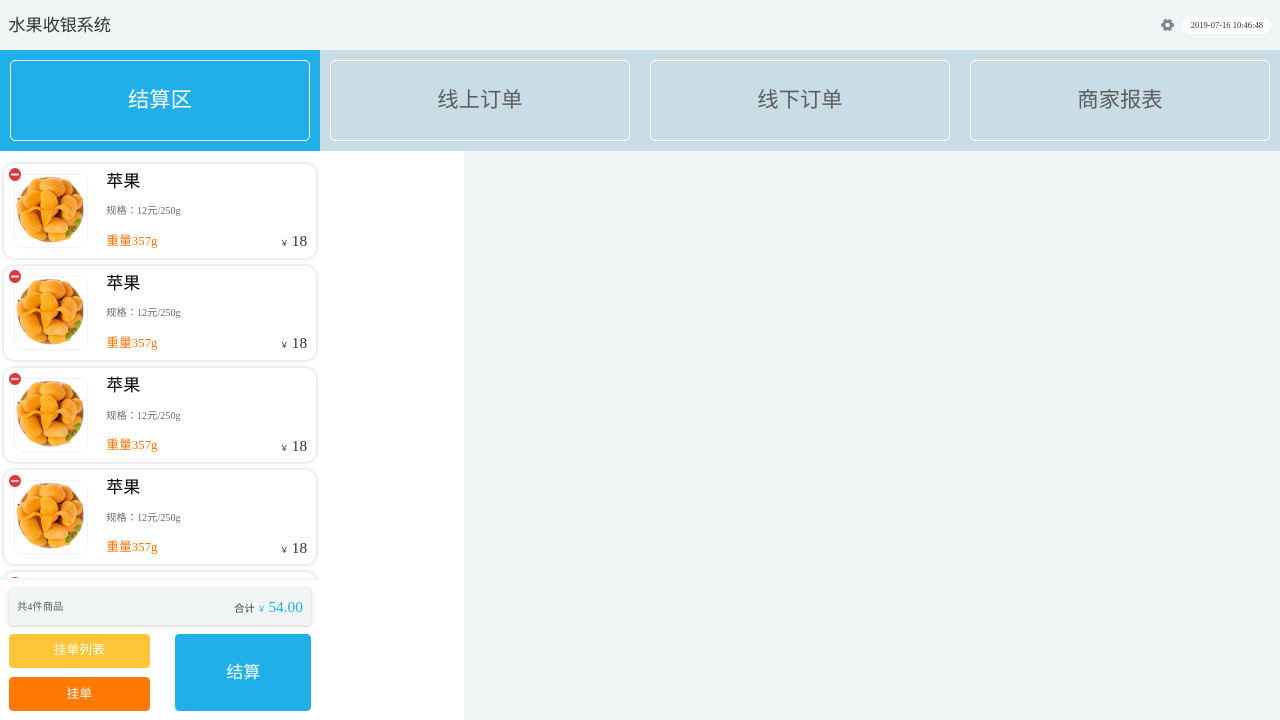
Repository: missing-star/fruit
Page: index.html
These files come from the project's save history. The page is drawn as it stood at one moment and after the next save; the edit follows.
The browser window is 1280 px wide. The pictures show the whole page.
The page's requests for data from a server got no answer. An inner scrolling area shows only its first screen.

Above is the page before, as saved 2019-07-16 11:52:49.

### index.html
<!DOCTYPE html>
<html lang="en">

<head>
    <meta charset="UTF-8">
    <meta name="viewport" content="width=device-width, initial-scale=1.0">
    <meta http-equiv="X-UA-Compatible" content="ie=edge">
    <title>水果收银系统</title>
    <link rel="stylesheet" href="./css/index.css">
</head>

<body>
    <div id="app" v-cloak>
        <header class="title-bar">
            <p class="title">水果收银系统</p>
            <div class="right-part-show">
                <img @click="showDialog(4)" src="./images/setting.png" alt="设置" class="setting-icon">
                <p class="show-current-time">{{currentTime}}</p>
            </div>
        </header>
        <ul class="category-tab">
            <li class="category-item" :class="{active:currentIndex == 0}" @click="switchTab(0)">
                <p class="category-title">结算区</p>
            </li>
            <li class="category-item" :class="{active:currentIndex == 1}" @click="switchTab(1)">
                <p class="category-title">线上订单</p>
            </li>
            <li class="category-item" :class="{active:currentIndex == 2}" @click="switchTab(2)">
                <p class="category-title">线下订单</p>
            </li>
            <li class="category-item" :class="{active:currentIndex == 3}" @click="switchTab(3)">
                <p class="category-title">商家报表</p>
            </li>
        </ul>
        <!-- 结算区 -->
        <div v-show="currentIndex == 0" class="main-content">
            <div class="operation-wrapper">
                <ul class="goods-list-wrapper">
                    <li v-for="n in 10" class="goods-item">
                        <div class="goods-pic-wrapper">
                            <span class="delete-icon pointer"></span>
                            <img src="./images/goods.png" class="goods-pic">
                        </div>
                        <div class="goods-detail">
                            <p class="goods-title">苹果</p>
                            <p class="goods-spec">规格：12元/250g</p>
                            <p class="goods-money">
                                <span class="goods-weight">重量357g</span>
                                <span class="goods-price">
                                    <i class="money-icon black">￥</i>
                                    <i class="money-number black">18</i>
                                </span>
                            </p>
                        </div>
                    </li>
                </ul>
                <div class="calculator-scope">
                    <div class="show-total-money">
                        <p class="total-title">共4件商品</p>
                        <p class="total-money">
                            <span class="money-title">合计</span>
                            <span class="show-money">
                                <i class="money-icon blue">￥</i>
                                <i class="money-number blue">54.00</i>
                            </span>
                        </p>
                    </div>
                    <div class="operation-group">
                        <div class="left-part">
                            <button @click="showDialog(0)" class="order-list pointer">挂单列表</button>
                            <button class="go-order pointer">挂单</button>
                        </div>
                        <button @click="showDialog(1)" class="right-part pointer">
                            结算
                        </button>
                    </div>
                </div>
            </div>
            <div class="goods-choice-wrapper">
                <ul class="goods-category-wrapper">
                    <li @click="switchSubTab(item.categoryCode)" :class="{active:subCurrentIndex == item.categoryCode}" :key="item.categoryCode" v-for="item in categoryList"
                        class="goods-category-item pointer">
                        {{item.categoryName}}
                    </li>
                </ul>
                <ul class="goods-choice-list">
                    <li :key="item.id" v-for="item in goodsList" class="goods-choice-item">
                        <img :src="item.productPic1" class="goods-show-pic">
                        <p class="goods-desc">
                            <span class="goods-name">{{item.productName}}</span>
                            <span class="price-weight">{{item.productPrice}}元 / 250g</span>
                        </p>
                    </li>
                </ul>
            </div>
        </div>
        <!-- 线上订单 -->
        <div v-show="currentIndex == 1" class="main-content">
            <div class="operation-wrapper">
                <ul class="tab-wrapper">
                    <li @click="switchOnlineTab(0)" :class="{active:onlineCurrentIndex == 0}" class="tab-item pointer">
                        未接单</li>
                    <li @click="switchOnlineTab(1)" :class="{active:onlineCurrentIndex == 1}" class="tab-item pointer">
                        已接单</li>
                </ul>
                <div class="order-list-wrapper">
                    <ul v-show="onlineCurrentIndex == 0" class="accept-wrapper">
                        <li @click="getOrderDetail(0,n)" v-for="n in 20" class="order-item pointer"
                            :class="{active:currentOrder == n && onlineCurrentIndex == 0}">
                            <img src="./images/goods.png" class="order-goods-pic">
                            <div class="order-detail">
                                <p class="order-number">单号：12365425</p>
                                <p class="order-date">2019-05-22 12:22:22</p>
                            </div>
                            <button class="post-way self">自取</button>
                        </li>
                    </ul>
                    <ul v-show="onlineCurrentIndex == 1" class="accept-wrapper">
                        <li @click="getOrderDetail(1,n)" v-for="n in 20" class="order-item pointer"
                            :class="{active:currentOrder == n && onlineCurrentIndex == 1}">
                            <img src="./images/goods.png" class="order-goods-pic">
                            <div class="order-detail">
                                <p class="order-number">单号：12365425</p>
                                <p class="order-date">2019-05-22 12:22:22</p>
                            </div>
                            <button class="post-way post">自取</button>
                        </li>
                    </ul>
                </div>
            </div>
            <div class="order-detail-wrapper">
                <!-- 倒三角 -->
                <div class="triangle"></div>
                <div class="user-info">
                    <div class="user-address info-part">
                        <img src="./images/location.png" class="location">
                        <div class="address-detail">
                            <p class="address">江苏省南京市江宁区泥塘小区2栋1306室</p>
                            <p class="user-detail">张三 13526987415</p>
                        </div>
                    </div>
                    <div class="user-comment info-part">
                        <p class="comment-title">备注</p>
                        <p class="user-detail">多放水果</p>
                    </div>
                </div>
                <ul class="order-detail-goods-list-wrapper">
                    <li v-for="n in 30" class="order-detail-goods-item">
                        <img src="./images/goods.png" class="order-detail-goods-pic">
                        <div class="order-detail-goods-detail">
                            <p class="title">小泰芒500g</p>
                            <p class="number-money">
                                <span class="goods-num">× 1</span>
                                <span class="goods-price">
                                    <i class="money-icon black">￥</i>
                                    <i class="money-number black">18</i>
                                </span>
                            </p>
                        </div>
                    </li>
                </ul>
                <div class="ticket-print-wrapper">
                    <div class="is-in-shop">
                        <div class="checkbox-wrapper">
                            <div class="checkbox-inner"></div>
                        </div>
                        <span class="check-titl">到店自取</span>
                    </div>
                    <div class="right-calculator">
                        <p class="calculator-title">合计</p>
                        <span class="goods-price">
                            <i class="money-icon blue">￥</i>
                            <i class="money-number blue">18</i>
                        </span>
                        <button class="print-action pointer" @click="printTick">打印小票</button>
                    </div>
                </div>
            </div>
        </div>
        <!-- 线下订单 -->
        <div v-show="currentIndex == 2" class="main-content">
            <div class="operation-wrapper">
                <ul class="tab-wrapper">
                    <li @click="switchOfflineTab(0)" :class="{active:offlineCurrentIndex == 0}" class="tab-item pointer">
                        未支付</li>
                    <li @click="switchOfflineTab(1)" :class="{active:offlineCurrentIndex == 1}" class="tab-item pointer">
                        已支付</li>
                </ul>
                <div class="order-list-wrapper">
                    <ul v-show="offlineCurrentIndex == 0" class="accept-wrapper">
                        <li @click="getOrderDetailOffline(0,n)" v-for="n in 20" class="order-item pointer"
                            :class="{active:currentOrderOffline == n && offlineCurrentIndex == 0}">
                            <img src="./images/goods.png" class="order-goods-pic">
                            <div class="order-detail">
                                <p class="order-number">单号：12365425</p>
                                <p class="order-date">2019-05-22 12:22:22</p>
                            </div>
                            <button class="post-way self">自取</button>
                        </li>
                    </ul>
                    <ul v-show="offlineCurrentIndex == 1" class="accept-wrapper">
                        <li @click="getOrderDetailOffline(1,n)" v-for="n in 20" class="order-item pointer"
                            :class="{active:currentOrderOffline == n && offlineCurrentIndex == 1}">
                            <img src="./images/goods.png" class="order-goods-pic">
                            <div class="order-detail">
                                <p class="order-number">单号：12365425</p>
                                <p class="order-date">2019-05-22 12:22:22</p>
                            </div>
                            <button class="post-way post">自取</button>
                        </li>
                    </ul>
                </div>
            </div>
            <div class="order-detail-wrapper">
                <!-- 倒三角 -->
                <div class="triangle"></div>
                <ul class="order-detail-goods-list-wrapper offline">
                    <li v-for="n in 30" class="order-detail-goods-item">
                        <img src="./images/goods.png" class="order-detail-goods-pic">
                        <div class="order-detail-goods-detail">
                            <p class="title">小泰芒500g</p>
                            <p class="number-money">
                                <span class="goods-num">× 1</span>
                                <span class="goods-price">
                                    <i class="money-icon black">￥</i>
                                    <i class="money-number black">18</i>
                                </span>
                            </p>
                        </div>
                    </li>
                </ul>
                <div class="ticket-print-wrapper offline">
                    <div class="right-calculator">
                        <p class="calculator-title">实付</p>
                        <span class="goods-price">
                            <i class="money-icon blue">￥</i>
                            <i class="money-number blue">18</i>
                        </span>
                        <button @click="showDialog(2)" class="print-action pointer">查看付款码</button>
                    </div>
                </div>
            </div>
        </div>
        <div v-show="currentIndex == 3" class="main-content">

        </div>
        <!-- dialog -->
        <div class="dialog-wrapper" :class="{active:isShowDialog}">
            <div class="dialog-mask"></div>
            <div class="dialog-main-content" :class="{active:isShowDialog,medium:dialogIndex == 3 || dialogIndex == 4}">
                <div class="dialog-title-wrapper">
                    <p class="dialog-title">{{dialogTitle}}</p>
                    <button @click="closeDialog" class="dialog-close pointer">×</button>
                </div>
                <!-- 挂单 -->
                <div v-show="dialogIndex == 0" class="order-list-wrapper dialog">
                    <div class="order-list-left">
                        <p class="order-list-title">挂单列表</p>
                        <ul class="order-list">
                            <li @click="getOrderDetailDialog(n)" v-for="n in 20" class="order-item dialog pointer"
                                :class="{active:currentOrderDialog == n}">
                                <p class="order-number dialog">单号：12365425</p>
                                <p class="order-time dialog">2019-05-13 12:22:22</p>
                            </li>
                        </ul>
                    </div>
                    <div class="order-list-right">
                        <!-- 倒三角 -->
                        <div class="triangle deep"></div>
                        <ul class="order-detail-goods-list-wrapper dialog">
                            <li v-for="n in 30" class="order-detail-goods-item dialog">
                                <img src="./images/goods.png" class="order-detail-goods-pic">
                                <div class="order-detail-goods-detail">
                                    <p class="title">小泰芒500g</p>
                                    <div class="number-money">
                                        <span class="goods-total-weight">重量：1kg</span>
                                        <p class="price-and-weight">
                                            <span class="single-price">
                                                ¥ 13/500g
                                            </span>
                                            <span class="goods-price">
                                                <i class="money-icon black">￥</i>
                                                <i class="money-number black">18</i>
                                            </span>
                                        </p>
                                    </div>
                                </div>
                            </li>
                        </ul>
                        <div class="order-operation">
                            <button class="delete-order pointer nowrap">删除</button>
                            <button @click="showDialog(1)" class="next pointer nowrap">继续</button>
                        </div>
                    </div>
                </div>
                <!-- 结算 -->
                <div v-show="dialogIndex == 1" class="order-list-wrapper dialog">
                    <div class="order-list-left calculator">
                        <div class="order-total-money-wrapper">
                            <p class="total-money-title">订单总额</p>
                            <div class="total-money">30.00</div>
                        </div>
                        <div class="order-info-wrapper">
                            <p class="order-info title">基本信息</p>
                            <div class="order-info wrapper">
                                <p class="order-info number">订单号：123654</p>
                                <p class="order-info deal-pay">处理方式：线下订单</p>
                            </div>
                        </div>
                        <button @click="showDialog(2)" class="go-cash pointer">结算</button>
                    </div>
                    <div class="order-list-right calculator">
                        <ul class="order-detail-goods-list-wrapper dialog">
                            <li v-for="n in 30" class="order-detail-goods-item dialog">
                                <img src="./images/goods.png" class="order-detail-goods-pic">
                                <div class="order-detail-goods-detail">
                                    <p class="title">小泰芒500g</p>
                                    <div class="number-money">
                                        <span class="goods-total-weight">重量：1kg</span>
                                        <p class="price-and-weight">
                                            <span class="single-price">
                                                ¥ 13/500g
                                            </span>
                                            <span class="goods-price">
                                                <i class="money-icon black">￥</i>
                                                <i class="money-number black">18</i>
                                            </span>
                                        </p>
                                    </div>
                                </div>
                            </li>
                        </ul>
                    </div>
                </div>
                <!-- 扫码 -->
                <div v-show="dialogIndex == 2" class="order-list-wrapper dialog column">
                    <div class="qrcode-wrapper">
                        <div class="qrcode-wrapper-item">
                            <div class="qrcode-show-wrapper">
                                <div class="corner left top"></div>
                                <div class="corner left bottom"></div>
                                <div class="corner right top"></div>
                                <div class="corner right bottom"></div>
                            </div>
                            <div class="scan-tips">
                                <img src="./images/wechat.png" class="scan-icon">
                                <p class="scan-tips-title">微信扫一扫</p>
                            </div>
                        </div>
                        <div class="qrcode-wrapper-item">
                            <div class="qrcode-show-wrapper">
                                <div class="corner left top"></div>
                                <div class="corner left bottom"></div>
                                <div class="corner right top"></div>
                                <div class="corner right bottom"></div>
                            </div>
                            <div class="scan-tips">
                                <img src="./images/alipay.png" class="scan-icon">
                                <p class="scan-tips-title">支付宝扫一扫</p>
                            </div>
                        </div>
                    </div>
                    <div class="total-money-wrapper">
                        <button class="total-money dialog">
                            <span class="money">￥26.00</span>
                            <span class="money-tips">总额</span>
                        </button>
                        <p class="show-order-number">订单号：123654</p>
                    </div>
                </div>
                <!-- 非水果商品 -->
                <div v-show="dialogIndex == 3" class="order-list-wrapper dialog column white">
                    <div class="input-wrapper">
                        <div class="input-item">
                            <label class="input-title">单价：</label>
                            <input type="number" class="input-content">
                        </div>
                        <div class="input-item">
                            <label class="input-title">数量：</label>
                            <input type="text" class="input-content">
                        </div>
                    </div>
                    <button class="confirm">确定</button>
                </div>
                <!-- 设置 -->
                <div v-show="dialogIndex == 4" class="order-list-wrapper dialog column white">
                    <div class="open-fruit-distinguish-wrapper">
                        <p class="distinguish-title">是否开启水果识别</p>
                        <div @click="toggleOpen" class="switch-wrapper pointer" :class="{active:isOpen}">
                            <div class="switch-dot" :class="{active:isOpen}"></div>
                        </div>
                    </div>
                    <button class="save-open pointer">保存</button>
                </div>
            </div>
        </div>
        <!-- video-player -->
        <video ref="videoPlayer" width="480" height="320" style="display: none;"></video>
    </div>
    <script src="https://cdn.bootcss.com/vue/2.6.10/vue.js"></script>
    <script src="./js/qs.min.js"></script>
    <script src="./js/axios.min.js"></script>
    <script src="./js/index.js"></script>
</body>

</html>

Loaded but not shown: js/qs.min.js (library); js/axios.min.js (library); js/index.js (331 lines, source omitted); css/index.css (1098 lines, source omitted)

After the next save:
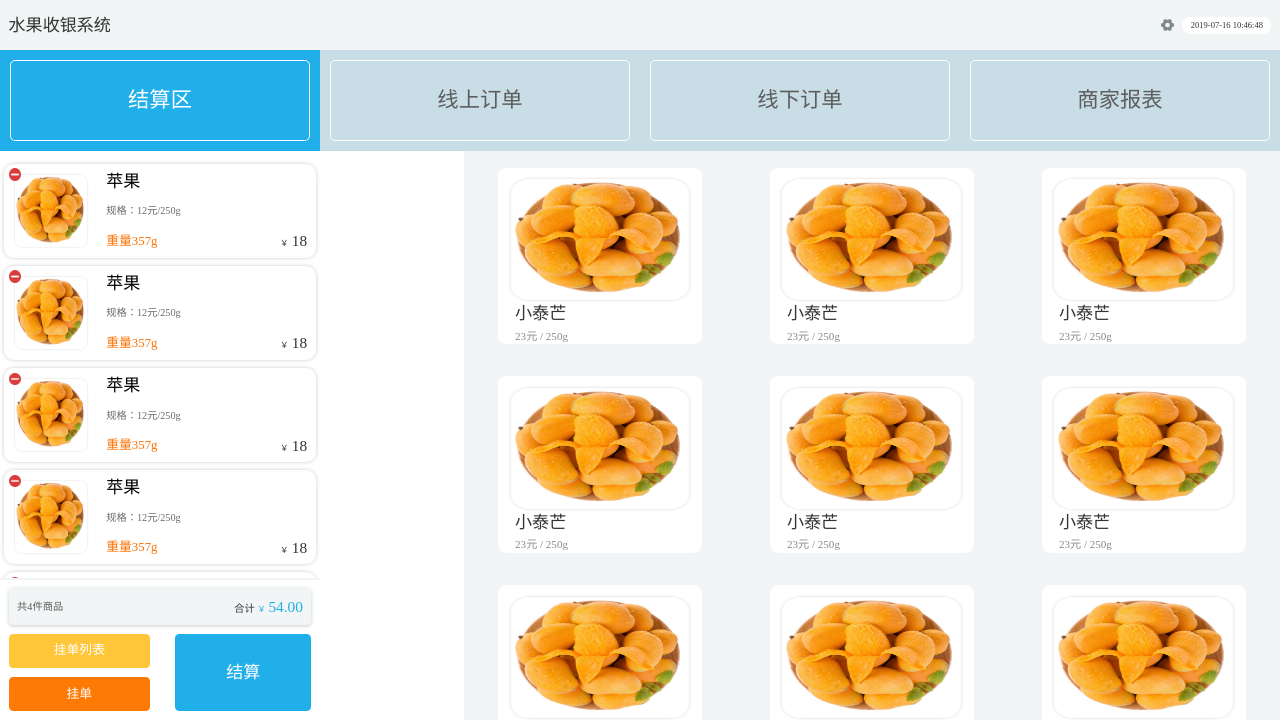
Saved 50 s later.
--- a/index.html
+++ b/index.html
@@ -84,11 +84,11 @@
                     </li>
                 </ul>
                 <ul class="goods-choice-list">
-                    <li :key="item.id" v-for="item in goodsList" class="goods-choice-item">
-                        <img :src="item.productPic1" class="goods-show-pic">
+                    <li v-for="n in 20" class="goods-choice-item">
+                        <img src="./images/goods.png" class="goods-show-pic">
                         <p class="goods-desc">
-                            <span class="goods-name">{{item.productName}}</span>
-                            <span class="price-weight">{{item.productPrice}}元 / 250g</span>
+                            <span class="goods-name">小泰芒</span>
+                            <span class="price-weight">23元 / 250g</span>
                         </p>
                     </li>
                 </ul>
